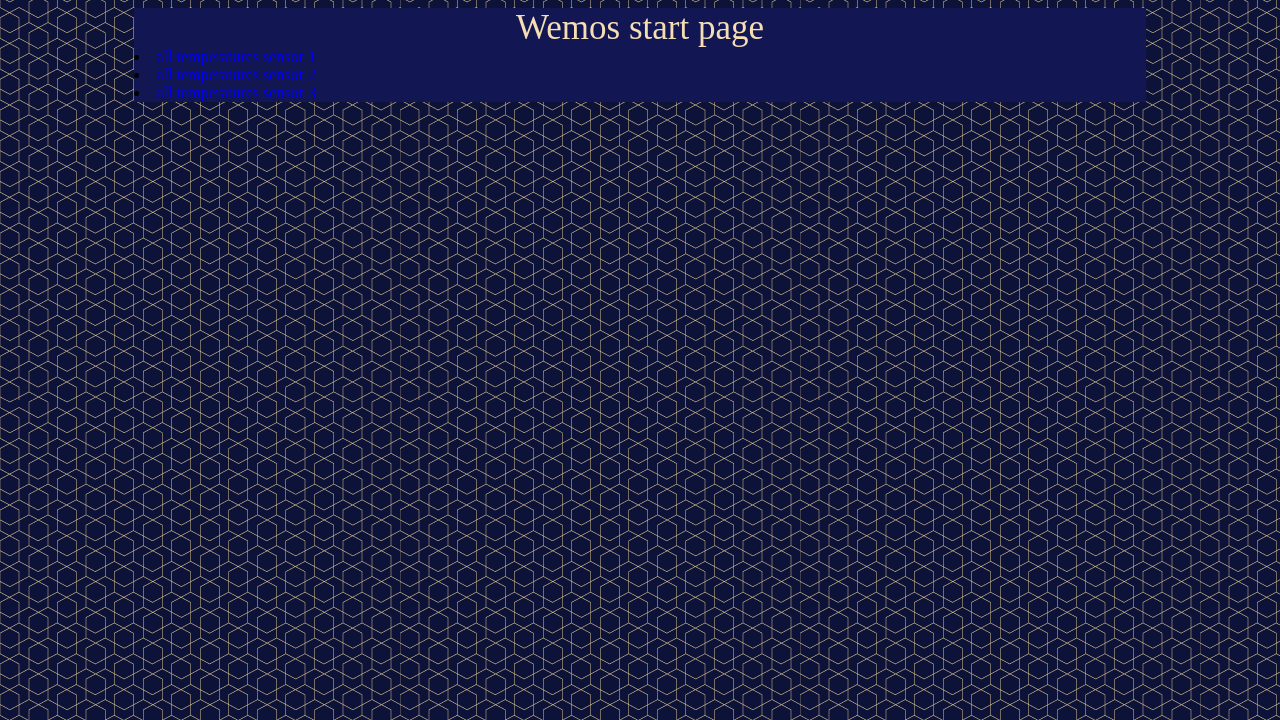
Repository: findryDev/flaskRestAPI
Page: templates/index.html
An editor plug-in stored every save of this project. The page is shown before and after the next save, followed by the edit.
The browser window is 1280 px wide. The pictures show the whole page.
The template is drawn by Flask 3. The application's start-up code is not run. Other server files are loaded and not shown. The template is opened directly, without the code that normally fills it, so the values that code supplies are empty.

Above is the page before, as saved 2021-03-15 04:41:27.

### templates/index.html
<!DOCTYPE html>
<html lang="en">
<head>
    <meta charset="UTF-8">
    <meta name="viewport" content="width=device-width, initial-scale=1.0">
    <link rel="stylesheet" href="../static/style.css"\>
    <!--href="{{ url_for('static', filename='style.css') }}" -->
    <title>Vemos start page</title>

</head>
<body>
    <div id="container">
        <div id="title">Wemos start page</div>
        <div id="main">
            <div class="temper"
            <ul>
                <li><a href="/temperatures/sensor1"> all temperatures sensor 1</a></li>
                <li><a href="/temperatures/sensor1"> all temperatures sensor 2</a></li>
                <li><a href="/temperatures/sensor1"> all temperatures sensor 3</a></li>
            </ul>



        </div>
    </div>
</body>
</html>

### static/style.css
body
  {
    background-image: url("../static/oriental-tiles.png");
    background-repeat: repeat;
  }

#container
  {
    width: 80%;
    height: 80%;
    margin-right: auto;
    margin-left: auto;
    background-color: rgb(18, 22, 83);
  }

#title
  {
    width: 100%;
    height: 40px;
    text-align: center;
    color: wheat;
    font-size: 35px;
  }

After the next save:
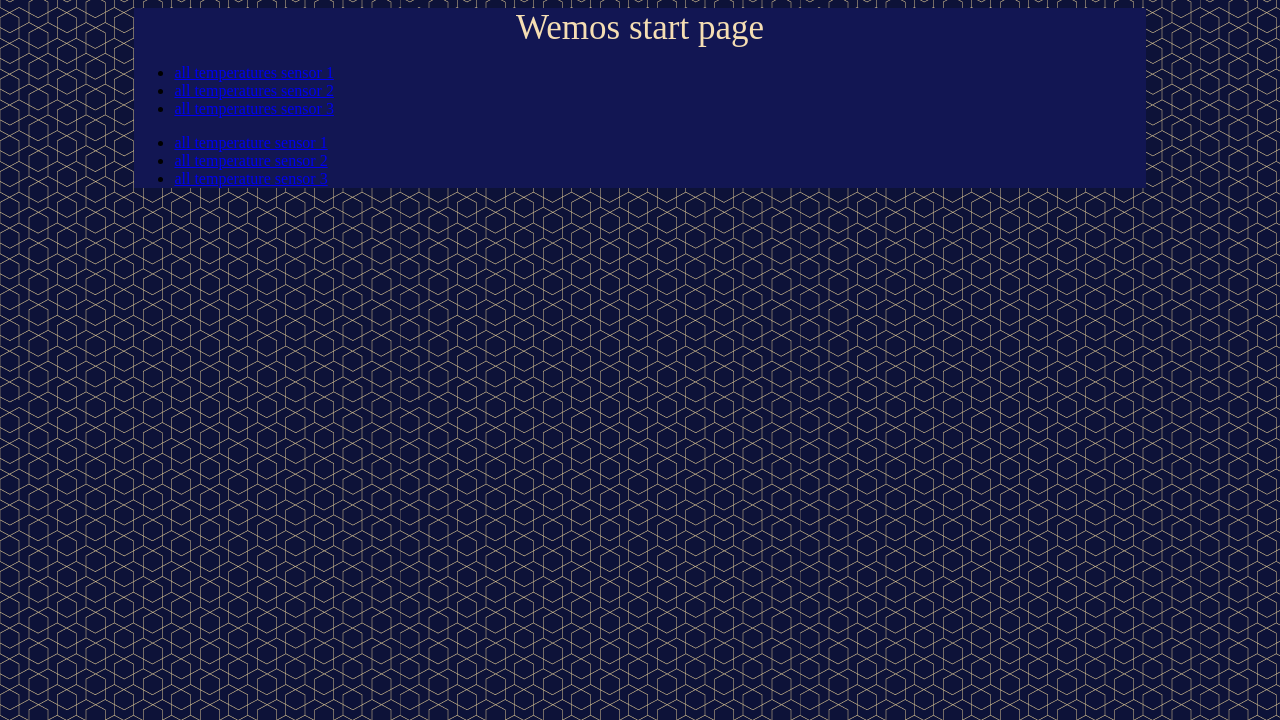
Saved 3 min 31 s later.
--- a/templates/index.html
+++ b/templates/index.html
@@ -12,15 +12,20 @@
     <div id="container">
         <div id="title">Wemos start page</div>
         <div id="main">
-            <div class="temper"
-            <ul>
-                <li><a href="/temperatures/sensor1"> all temperatures sensor 1</a></li>
-                <li><a href="/temperatures/sensor1"> all temperatures sensor 2</a></li>
-                <li><a href="/temperatures/sensor1"> all temperatures sensor 3</a></li>
-            </ul>
-
-
-
+            <div class="temperatureList">
+                <ul>
+                    <li><a href="/temperatures/sensor1"> all temperatures sensor 1</a></li>
+                    <li><a href="/temperatures/sensor1"> all temperatures sensor 2</a></li>
+                    <li><a href="/temperatures/sensor1"> all temperatures sensor 3</a></li>
+                </ul>
+            </div>
+            <div class="temperatureList">
+                <ul>
+                    <li><a href="/temperatures/sensor1"> all temperature sensor 1</a></li>
+                    <li><a href="/temperatures/sensor1"> all temperature sensor 2</a></li>
+                    <li><a href="/temperatures/sensor1"> all temperature sensor 3</a></li>
+                </ul>
+            </div>
         </div>
     </div>
 </body>
